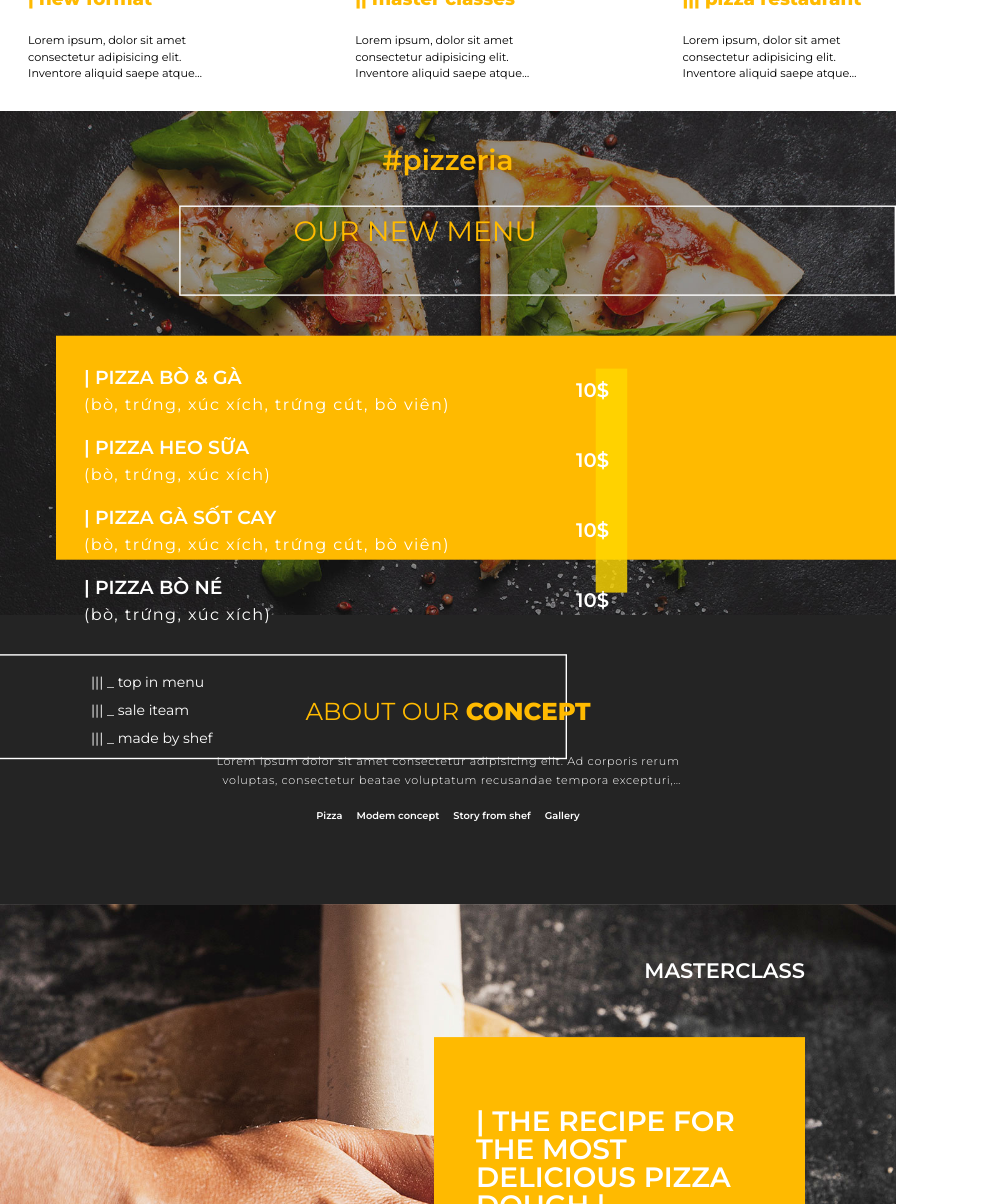
Repository: phu1204/pizzeria.github.io
Page: index.html
An editor plug-in stored every save of this project. The page is shown before and after the next save, followed by the edit.
The browser window is 1280 px wide. The page is 1419 px wide, so the pictures cover 1419 px, including what lies to the right of the window. The pictures show the part of the page from y = 1282 to 3002 px (the page is 4798 px tall), at 70% of full size.
The style sheet was rebuilt from its Sass, Less or Tailwind sources for each picture, by a compiler version that may differ from the author's.

Above is the page before, as saved 2021-07-29 21:58:21.

After the next save:
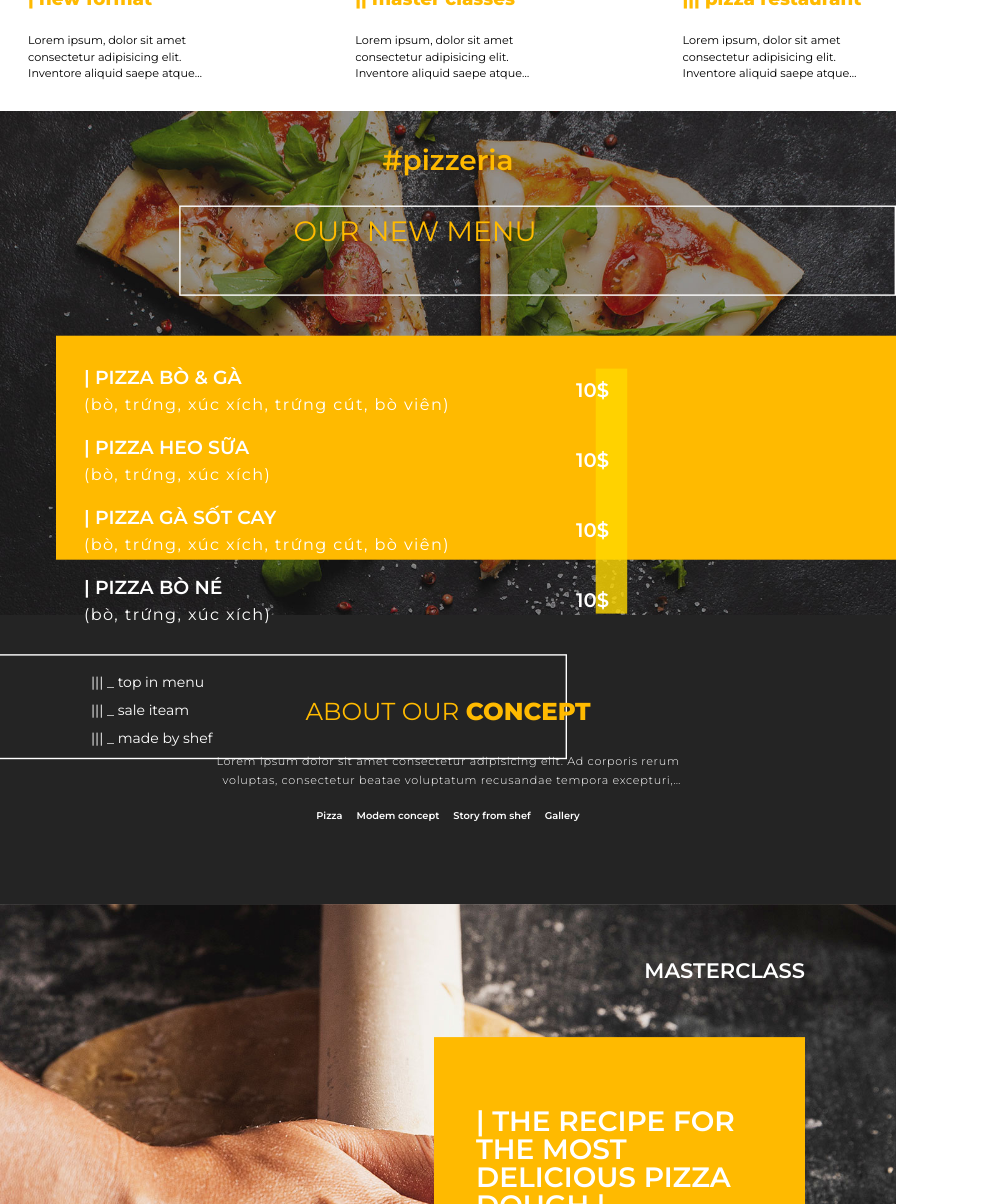
Saved 5 s later.
--- a/scss/_menu.scss
+++ b/scss/_menu.scss
@@ -57,7 +57,7 @@
         content: "";
         position: absolute;
         width: 45px;
-        height: 320px;
+        height: 350px;
         background-color: rgba(255, 217, 0, 0.801);
 
         top: 20%;
